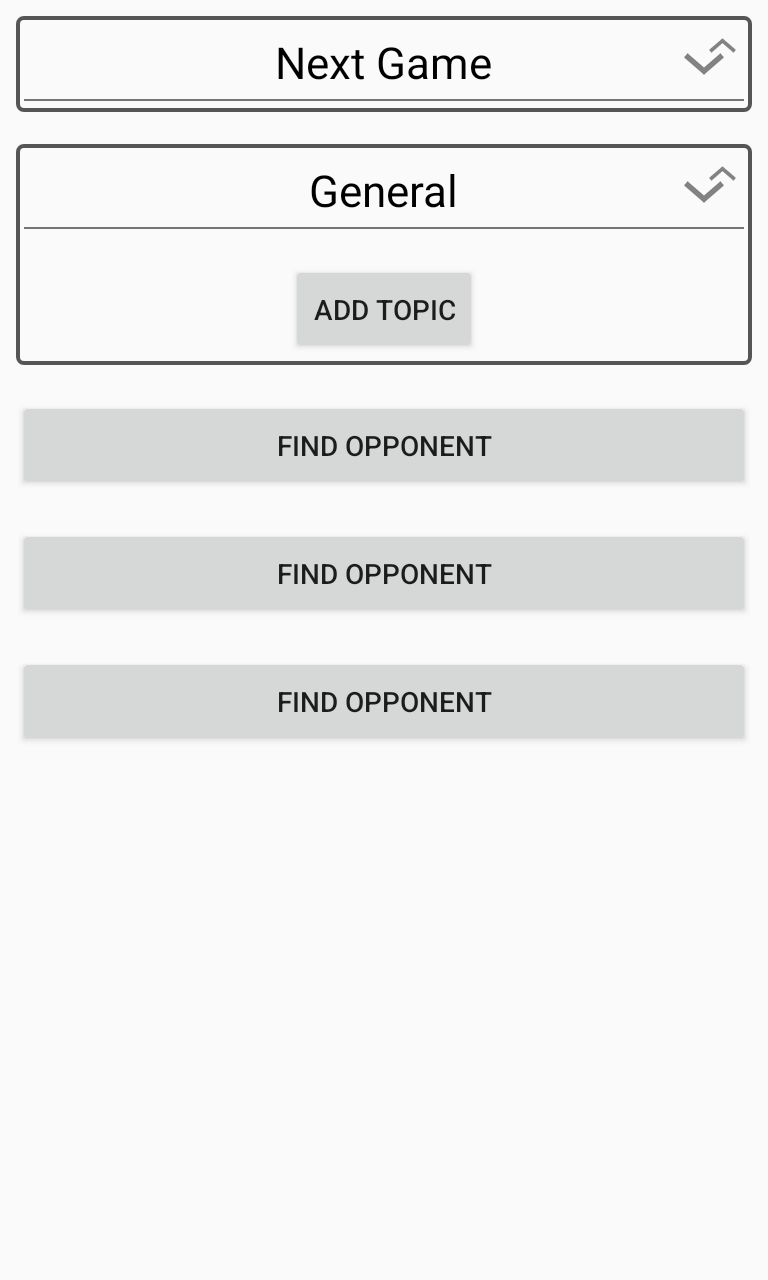
Repository: ASKproxy/TeamQuest
Layout: MatchQuest/res/layout/team_detail_fragment_layout.xml
The author's editor kept a copy of each file at every save. The layout is drawn from the files as they stood at one save, then again after the next save.
It is drawn on a 768 x 1280 px phone screen (xhdpi) without system bars, with theme AppTheme; the app's code is not run. The app's manifest (not shown) leaves right-to-left support off. So textAlignment, textDirection and layoutDirection are ignored, and left and right values win over start and end ones.

Above is the layout before, as saved 2016-02-20 18:30:48.

### MatchQuest/res/layout/team_detail_fragment_layout.xml
<?xml version="1.0" encoding="utf-8"?>
<ScrollView xmlns:android="http://schemas.android.com/apk/res/android"
    android:layout_width="match_parent"
    android:layout_height="match_parent" >
<RelativeLayout
    android:layout_width="match_parent"
    android:layout_height="wrap_content"
    android:padding="8dp"

    android:clipToPadding="false">

    <RelativeLayout
        android:id="@+id/nextgame_layout_team_detail"
        android:layout_width="match_parent"
        android:layout_height="wrap_content"
        android:elevation="8dp"

        android:background="@drawable/custom_bg">
        <TextView
            android:id="@+id/nextgame_heading"
            android:layout_width="wrap_content"
            android:layout_height="wrap_content"
            android:textColor="@color/blackColor"
            android:layout_centerHorizontal="true"
            android:padding="4dp"
            android:text="@string/team_detail_nextgame"
            android:textSize="22dp"/>
        <ImageView
            android:id="@+id/expand_icon_team_detail"
            android:layout_width="wrap_content"
            android:layout_height="wrap_content"
            android:layout_alignParentRight="true"
            android:layout_alignParentEnd="true"
            android:padding="4dp"
            android:src="@drawable/navigation_expand"
            android:background="@drawable/image_click"
            android:clickable="true"
            android:layout_alignParentTop="true"/>
        <ImageView
            android:id="@+id/collapse_icon_team_detail"
            android:layout_width="wrap_content"
            android:layout_height="wrap_content"
            android:layout_alignParentRight="true"
            android:layout_alignParentEnd="true"
            android:src="@drawable/navigation_collapse"
            android:background="@drawable/image_click"
            android:clickable="true"
            android:layout_alignParentTop="true"/>
         <View
              android:id = "@+id/seperatorView_nextGame"
             android:layout_width="fill_parent"
             android:layout_height="1dp"
             android:layout_below="@id/nextgame_heading"
             android:background="@color/imageClick"/>

             <LinearLayout
			    android:id="@+id/nextgame_view_team_detail"
			    android:layout_below="@id/seperatorView_nextGame"
			    android:layout_width="fill_parent"
			    android:layout_height="wrap_content"
			    android:orientation="vertical">
			 </LinearLayout>
    </RelativeLayout>


    <RelativeLayout
        android:id="@+id/general_layout_team_detail"
        android:layout_width="match_parent"
        android:layout_height="wrap_content"
        android:layout_below="@id/nextgame_layout_team_detail"
        android:elevation="8dp"
        android:layout_marginTop="16dp"
        android:background="@drawable/custom_bg">
        <TextView
            android:id="@+id/general_heading"
            android:layout_width="wrap_content"
            android:layout_height="wrap_content"
            android:textColor="@color/blackColor"
            android:layout_centerHorizontal="true"
            android:padding="4dp"
            android:text="@string/team_detail_general"
            android:textSize="22dp"/>
        <ImageView
            android:id="@+id/expand_icon_general_team_detail"
            android:layout_width="wrap_content"
            android:layout_height="wrap_content"
            android:layout_alignParentRight="true"
            android:layout_alignParentEnd="true"
            android:padding="4dp"
            android:src="@drawable/navigation_expand"
            android:background="@drawable/image_click"
            android:clickable="true"
            android:layout_alignParentTop="true"/>
        <ImageView
            android:id="@+id/collapse_icon_general_team_detail"
            android:layout_width="wrap_content"
            android:layout_height="wrap_content"
            android:layout_alignParentRight="true"
            android:layout_alignParentEnd="true"
            android:src="@drawable/navigation_collapse"
            android:background="@drawable/image_click"
            android:clickable="true"
            android:layout_alignParentTop="true"/>
         <View
              android:id = "@+id/seperatorView_general"
             android:layout_width="fill_parent"
             android:layout_height="1dp"
             android:layout_below="@id/general_heading"
             android:background="@color/imageClick"/>

             <LinearLayout
			    android:id="@+id/general_view_team_detail"
			    android:layout_below="@id/seperatorView_general"
			    android:layout_width="fill_parent"
			    android:layout_height="wrap_content"
			    android:orientation="vertical">

                 <Button
			     android:id="@+id/addtopic_team_detail"
			     android:layout_width="wrap_content"
			     android:layout_height="wrap_content"
			     android:layout_marginTop="16dp"
			     android:layout_gravity="center_horizontal"
			     android:text="@string/team_detail_addtopic"/>

			 </LinearLayout>

    </RelativeLayout>
    <Button
        android:id = "@+id/findoppo_button_team_detail"
        android:layout_below="@id/general_layout_team_detail"
        android:layout_width="match_parent"
        android:layout_height="wrap_content"
        android:layout_marginTop="16dp"
        android:text="@string/team_detail_findOppo">
         </Button>
       <Button
        android:id = "@+id/requestStatus_button_team_detail"
        android:layout_below="@id/findoppo_button_team_detail"
        android:layout_width="match_parent"
        android:layout_height="wrap_content"
        android:layout_marginTop="16dp"
        android:text="@string/team_detail_findOppo">
         </Button>
           <Button
        android:id = "@+id/matchStatus_button_team_detail"
        android:layout_below="@id/requestStatus_button_team_detail"
        android:layout_width="match_parent"
        android:layout_height="wrap_content"
        android:layout_marginTop="16dp"
        android:text="@string/team_detail_findOppo">
         </Button>

</RelativeLayout>
</ScrollView>

### MatchQuest/res/values/styles.xml
<resources>

   <style name="MyMaterialTheme" parent="MyMaterialTheme.Base">
  <item name="android:actionModeBackground">@color/colorPrimary</item>
    </style>

     <style name="AppTheme" parent="Theme.AppCompat.Light.DarkActionBar">
         <item name="colorPrimary">@color/colorPrimary</item>
        <item name="colorPrimaryDark">@color/colorPrimaryDark</item>
        <item name="colorAccent">@color/colorAccent</item>

    </style>


    <style name="MyMaterialTheme.Base" parent="Theme.AppCompat.Light.DarkActionBar">
        <item name="windowNoTitle">true</item>
         <item name="windowActionBar">false</item>
        <item name="colorPrimary">@color/colorPrimary</item>
        <item name="colorPrimaryDark">@color/colorPrimaryDark</item>
        <item name="colorAccent">@color/colorAccent</item>
        <item name="android:actionModeBackground">@color/colorPrimary</item>

    </style>

    <style name="spinner_style">
          <item name="android:layout_width">match_parent</item>
          <item name="android:layout_height">wrap_content</item>
          <item name="android:background">@drawable/gradient_spinner</item>
          <item name="android:padding">4dp</item>

          <item name="android:popupBackground">#DFFFFFFF</item>
     </style>




</resources>

### MatchQuest/res/values/colors.xml
<?xml version="1.0" encoding="utf-8"?>
<resources>
    <color name="colorPrimary">#4CAF50</color>
    <color name="colorPrimaryDark">#C51162</color>
    <color name="colorAccent">#000000</color>

    <color name="colorSelect">#00C853</color>

    <color name="textColorPrimary">#000000</color>
    <color name="windowBackground">#FFFFFF</color>
    <color name="blackColor">#000000</color>
    <color name = "transparent">#80000000</color>
    <color name = "imageClick">#757575</color>
    <color name = "option_background">#E0E0E0</color>

</resources>

### MatchQuest/res/drawable-hdpi/custom_bg.xml
<?xml version="1.0" encoding="UTF-8"?>
<shape xmlns:android="http://schemas.android.com/apk/res/android">
    <corners android:radius="3dp" />
    <padding android:left="4dp" android:top="4dp"
        android:right="4dp" android:bottom="4dp" />
    <stroke android:color="#555555" android:width="2dp" />
</shape>

### MatchQuest/res/values/strings.xml
<?xml version="1.0" encoding="utf-8"?>
<resources>

    <string name="app_name">TeamQuest</string>
    <string name="hello_world">Hello world!</string>
    <string name="action_settings">Settings</string>

  <string name="drawer_open">Open navigation drawer</string>
    <string name="drawer_close">Close navigation drawer</string>

    <string name = "find_opponent_menu"> Find Opponent </string>
    <string name = "request_status_menu"> Request Status </string>
    <string name = "match_schedule_menu"> Match Schedule </string>

    <!--  LANDING FRAGMENT -->
    <string name="match_button">MATCH</string>
    <string name="player_button">PLAYER</string>


	<!-- TEAM SETUP FRAGMENT -->
	<string name="same_team_button">SAME TEAM</string>
	<string name="new_team_button">NEW TEAM</string>

	<string name="team_creation">Create Your team</string>
	<string name="select_contacts">Select Players</string>
	<string name="search">Search</string>
	<string name="add_members">Add Team Memebers</string>
	<string name="edit">Edit</string>


	<!--  Finding Opponent -->
	<string name = "location"> Preferred Locations</string>
	<string name = "no_ofplayers"> 3</string>
	<string name = "AddTeam"> Add a team</string>
	<string name = "updatesMenu"> Updates</string>
	<string name = "no_data_available"> No data to display,You can create your own team by clicking on the create icon on top</string>

	 <string name="team_filter">Team Filter</string>
    <string name="date_filter">Date Filter</string>

    <!--long press menu team screen  -->
    <string name="edit_team">Edit Team</string>
    <string name="delete_team">get out of the Team</string>
    <string name="team_info">Team Details</string>

    <!-- Team Creation screen -->
        <string name="team_name_hint">Enter Team name</string>
        <string name="team_name_count">20</string>
        <string name="team_member_count">30</string>
        <string name="team_members">Team Members</string>


       <!--Team Edit Screen  -->
        <string name="make_captain">Make Captain</string>
        <string name="make_vice_captain">Make Vice Captain</string>
        <string name="remove_from_team">Remove from team</string>
    	<string name="make_a_call">Make a call</string>
    	 <string name = "no_data_available_edit"> No data to display,You can add peoples to your team by clicking on the Add Team Members Button</string>

    	<!--add members pop up  -->
    	<string name="add">Add</string>
    	<string name="done">Done</string>
    	<string name="close">Close</string>
    	<string name = "no_data_available_popup"> No data to display,All people in your contacts are already available in your team</string>

    	 <string name="team_name_edit">Edit Team Name</string>

    	<!--team detail  -->
    	<string name="team_detail_nextgame">Next Game</string>
    	<string name="team_detail_findOppo">Find Opponent</string>
    	<string name="team_detail_scheduledMatches">Scheduled Matches</string>
    	<string name="team_detail_requestStatus">Request Status</string>
    	<string name="team_detail_general">General</string>
    	<string name="team_detail_addtopic">Add Topic</string>


    	<!--add topic  -->
    	<string name="create">Create</string>
    	<string name="add_topic_topic_title">Topic</string>
    	<string name="add_topic_count">20</string>
    	<string name="add_topic_topic_hint">Enter a topic</string>
    	<string name="add_topic_option_title">Options</string>

    	<string name="add_topic_option_hint_compulsory">mandatory</string>
    	<string name="add_topic_option_hint_optional">optional</string>
    	<string name="add_topic_option_one">1. </string>
    	<string name="add_topic_option_two">2. </string>
    	<string name="add_topic_option_three">3. </string>
    	<string name="add_topic_option_four">4. </string>

    	<!-- topic detail -->

    	<string name="topic_detail_suggest_button">suggest</string>
    	<string name="topic_detail_suggest_text">Suggestions</string>
    	<string name="topic_detail_edit_icon">editIcon</string>
    	<string name="topic_detail_save">save</string>

    	<!-- Request status -->
    	<string name="nop">No Of Player : </string>
    	<string name="loc">Loc : </string>
    	<string name="date">Date : </string>

    	<string name = "close_invite"> Close Invite </string>
    	<string name = "cancel_request"> Cancel Request </string>
    	<string name = "accept_invite"> Accept Invite </string>
    	<string name = "reject_invite"> Reject Invite </string>
    	<string name = "no_data_request_status"> No invites are posted..!! Status of invites posted from FIND OPPONENT option can be found here.  </string>
    	<string name = "no_response_request_status"> No response for this invite </string>

    	<string name = "team_name_request_status">Team Name : </string>
    	<string name = "team_code_request_status">Team Code : </string>
    	<string name = "location_request_status">Location : </string>
    	<string name = "date_request_status">Date :</string>
    	<string name = "nop_request_status">Num of Players :</string>
    	<string name = "players_request_status">Interested Players</string>
    	<string name = "no_players_request_status">No player is interested for this invite</string>

    	<string name = "all_request">Show All Request </string>
    	<string name = "sent_request">Show Sent Request </string>
    	<string name = "received_request">Show Received Request </string>

    	<!-- Find Opponent -->
    	<string name = "expand_icon_content">Expand Icon </string>
    	<string name = "collapse_icon_content">Collapse Icon </string>
    	<string name = "full_screen_icon_content">Full screen Icon </string>
    	<string name = "normal_screen_icon_content">Normal screen Icon </string>

    	<string name="date_findopponent">Date</string>
    	<string name="inviteothers_findopponent">Close</string>
    	<string name="close_findopponent">Invite Others</string>
    	<string name="nop_text_findopponent">No of Players :</string>
    	<string name="emptyView_findopponent">No Team is available on above search criteria, you can post an invite though</string>
    	<string name="invites_findopponent">Invites</string>
    	<string name = "remove_invite_findopponent"> Remove </string>
    	<string name = "accept_invite_findopponent"> Invite </string>

    	<!--Match schedule  -->
    	<string name = "no_data_match_schedule"> No matches are scheduled at the moment..!!   </string>
    	<string name = "no_players_match_schedule">No player is interested for this match</string>

    	<string name="match_detail_nextgame">Match Detail</string>
    	<string name="interested_match_detail">Interested (+1)</string>
    	<string name="notinterested_match_detail">Not Interested (-1)</string>
    	<string name="players_for_match_detail">Choose Players for Match</string>
    	<string name="selectedplayers_for_match_detail">Selected Players for Match</string>

    	<string name="interested_player_match_detail">Interested Players</string>
    	<string name="notinterested_player_match_detail">Not Interested Players</string>
    	<string name="no_players_match_detail">No players to Display</string>
    	<string name="seleted_player_match_detail">Selected Players</string>

</resources>

### MatchQuest/res/drawable-hdpi/image_click.xml
<?xml version="1.0" encoding="utf-8"?>
<selector xmlns:android="http://schemas.android.com/apk/res/android">
    <item android:state_focused="true" android:state_pressed="true" android:drawable="@color/imageClick" />
    <item android:state_focused="false" android:state_pressed="true" android:drawable="@color/imageClick" />
</selector>

After the next save:
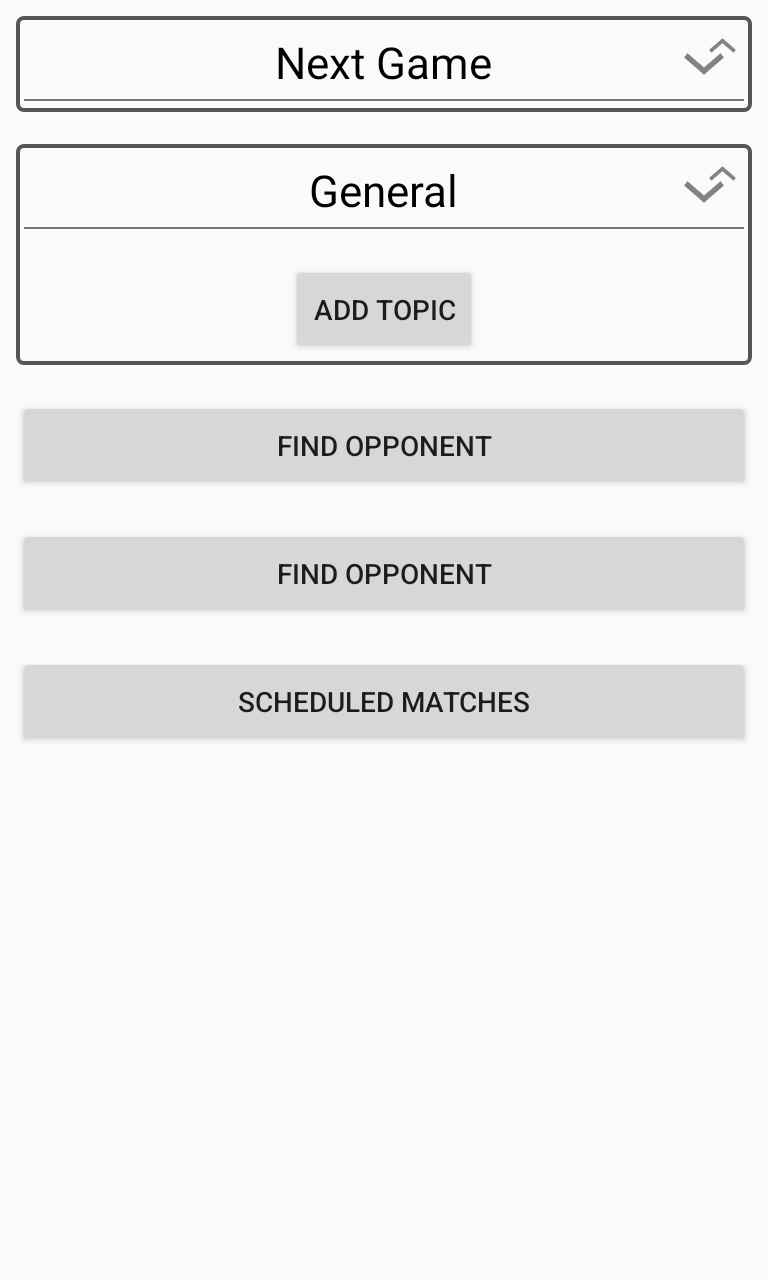
Saved 26 s later.
--- a/MatchQuest/res/layout/team_detail_fragment_layout.xml
+++ b/MatchQuest/res/layout/team_detail_fragment_layout.xml
@@ -148,7 +148,7 @@
         android:layout_width="match_parent"
         android:layout_height="wrap_content"
         android:layout_marginTop="16dp"
-        android:text="@string/team_detail_findOppo">
+        android:text="@string/team_detail_scheduledMatches">
          </Button>
 
 </RelativeLayout>
